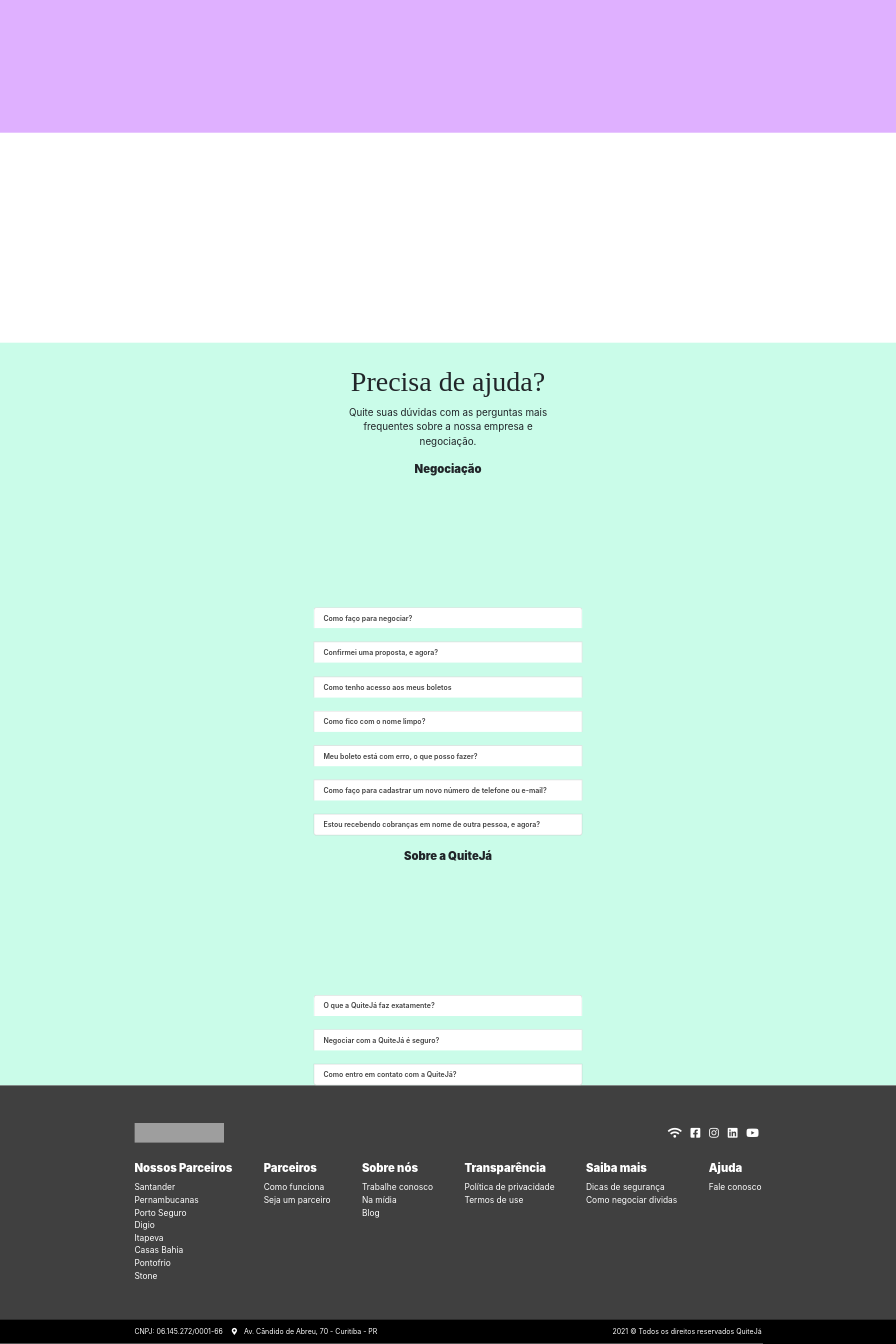
Repository: dasilvaoscar/estudos
Page: Layouts/index.html
The author's editor kept a copy of each file at every save. The page is drawn from the files as they stood at one save, then again after a run of saves.
The browser window is 1280 px wide. The pictures show the part of the page from y = 3191 to 5111 px (the page is 5111 px tall), at 70% of full size.
Pictures or frames that could not be fetched are drawn as grey boxes. Some web fonts or font styles are not loaded; a fallback is used.

Above is the page before, as saved 2021-01-29 12:59:51.

### Layouts/index.html
<!doctype html>
<html lang="pt-BR">

<head>
    <title>QuiteJá</title>
    <!-- Required meta tags -->
    <meta charset="utf-8">
    <meta name="viewport" content="width=device-width, initial-scale=1, shrink-to-fit=no">
    <meta http-equiv="X-UA-Compatible" content="ie=edge" />
    <link rel="preconnect" href="https://fonts.gstatic.com">
    <link href="https://fonts.googleapis.com/css2?family=Fredoka+One&display=swap" rel="stylesheet">

    <!-- Bootstrap CSS -->
    <link rel="shortcut icon" href="./assets/img/favicon.png" type="image/x-icon">
    <link href="./assets/css/normalize.css" rel="stylesheet" />
    <link href="./assets/css/reset.css" rel="stylesheet" />
    <link rel="stylesheet" href="https://stackpath.bootstrapcdn.com/bootstrap/4.3.1/css/bootstrap.min.css"
        integrity="sha384-ggOyR0iXCbMQv3Xipma34MD+dH/1fQ784/j6cY/iJTQUOhcWr7x9JvoRxT2MZw1T" crossorigin="anonymous">
    <link href="./assets/css/style.css" rel="stylesheet" />
</head>

<body>
    <section class="warning">
        <p class="warning-text">
            <span>Aviso: </span>Não realizamos nenhuma negociação por WhatsApp ou Facebook.
            Negociamos somente aqui no nosso site
            <a class="close-link">
                <i class="fas fa-times"></i>
            </a>
        </p>
    </section>
    <header>
        <figure>
            <img src="./assets/img/logo-quiteja.png" alt="Logo QuiteJá" title="Logo QuiteJá">
        </figure>
        <nav>
            <ul class="nav-bar-links">
                <li>
                    <a href="#">Home</a>
                </li>
                <li>
                    <a href="#">Sobre nós</a>
                </li>
                <li>
                    <a href="#">Parceiros
                        <i class="fas fa-angle-down menu-icons"></i>
                    </a>
                </li>
                <li>
                    <a href="#">Blog</a>
                </li>
                <li>
                    <a href="#">Saiba Mais
                        <i class="fas fa-angle-down menu-icons"></i>
                    </a>
                </li>
                <li>
                    <a href="#">Ajuda</a>
                </li>
                <li>
                    <a class="btn btn-primary btn-billet" href="#" role="button">Meus boletos</a>
                </li>
                <li>
                    <a href=""><i class="fa fa-search" aria-hidden="true"></i></a>
                </li>
            </ul>
        </nav>
    </header>
    <article>
        <section class="negotiate-your-debts"></section>
        <section class="clean-your-name"></section>
        <section class="partners"></section>
        <section class="how-we-do-it-differently"></section>
        <section class="help-a-millions"></section>
        <section class="our-clients"></section>
        <section class="help">
            <div class="help-content">
                <h1>Precisa de ajuda?</h1>
                <p>
                    Quite suas dúvidas com as perguntas mais
                    frequentes sobre a nossa empresa e negociação.
                </p>
            </div>
            <h6>Negociação</h6>
            <div class="accordion" id="accordionExample">
                <div class="card card-help">
                    <div id="headingOne">
                        <h2 class="mb-0">
                            <button class="btn btn-link btn-block text-left btn-help" type="button"
                                data-toggle="collapse" data-target="#collapseOne" aria-expanded="false"
                                aria-controls="collapseOne">
                                Como faço para negociar?
                            </button>
                        </h2>
                    </div>

                    <div id="collapseOne" class="collapse" aria-labelledby="headingOne" data-parent="#accordionExample">
                        <div class="card-body">
                            Some placeholder content for the first accordion panel. This panel is shown by default,
                            thanks to the <code>.show</code> class.
                        </div>
                    </div>
                </div>
                <div class="card card-help">
                    <div id="headingTwo">
                        <h2 class="mb-0">
                            <button class="btn btn-link btn-block text-left collapsed btn-help" type="button"
                                data-toggle="collapse" data-target="#collapseTwo" aria-expanded="false"
                                aria-controls="collapseTwo">
                                Confirmei uma proposta, e agora?
                            </button>
                        </h2>
                    </div>
                    <div id="collapseTwo" class="collapse" aria-labelledby="headingTwo" data-parent="#accordionExample">
                        <div class="card-body">

                        </div>
                    </div>
                </div>
                <div class="card card-help">
                    <div id="headingThree">
                        <h2 class="mb-0">
                            <button class="btn btn-link btn-block text-left collapsed btn-help" type="button"
                                data-toggle="collapse" data-target="#collapseThree" aria-expanded="false"
                                aria-controls="collapseThree">
                                Como tenho acesso aos meus boletos
                            </button>
                        </h2>
                    </div>
                    <div id="collapseThree" class="collapse" aria-labelledby="headingThree"
                        data-parent="#accordionExample">
                        <div class="card-body">
                            And lastly, the placeholder content for the third and final accordion panel. This panel
                            is hidden by default.
                        </div>
                    </div>
                </div>
                <div class="card card-help">
                    <div id="headingFour">
                        <h2 class="mb-0">
                            <button class="btn btn-link btn-block text-left collapsed btn-help" type="button"
                                data-toggle="collapse" data-target="#collapseFour" aria-expanded="false"
                                aria-controls="collapseFour">
                                Como fico com o nome limpo?
                            </button>
                        </h2>
                    </div>
                    <div id="collapseFour" class="collapse" aria-labelledby="headingFour"
                        data-parent="#accordionExample">
                        <div class="card-body">
                            And lastly, the placeholder content for the third and final accordion panel. This panel
                            is hidden by default.
                        </div>
                    </div>
                </div>
                <div class="card card-help">
                    <div id="headingFive">
                        <h2 class="mb-0">
                            <button class="btn btn-link btn-block text-left collapsed btn-help" type="button"
                                data-toggle="collapse" data-target="#collapseFive" aria-expanded="false"
                                aria-controls="collapseFive">
                                Meu boleto está com erro, o que posso fazer?
                            </button>
                        </h2>
                    </div>
                    <div id="collapseFive" class="collapse" aria-labelledby="headingFive"
                        data-parent="#accordionExample">
                        <div class="card-body">
                            And lastly, the placeholder content for the third and final accordion panel. This panel
                            is hidden by default.
                        </div>
                    </div>
                </div>
                <div class="card card-help">
                    <div id="headingSix">
                        <h2 class="mb-0">
                            <button class="btn btn-link btn-block text-left collapsed btn-help" type="button"
                                data-toggle="collapse" data-target="#collapseSix" aria-expanded="false"
                                aria-controls="collapseSix">
                                Como faço para cadastrar um novo número de telefone ou e-mail?
                            </button>
                        </h2>
                    </div>
                    <div id="collapseSix" class="collapse" aria-labelledby="headingSix" data-parent="#accordionExample">
                        <div class="card-body">
                            And lastly, the placeholder content for the third and final accordion panel. This panel
                            is hidden by default.
                        </div>
                    </div>
                </div>
                <div class="card card-help">
                    <div id="headingSeven">
                        <h2 class="mb-0">
                            <button class="btn btn-link btn-block text-left collapsed btn-help" type="button"
                                data-toggle="collapse" data-target="#collapseSeven" aria-expanded="false"
                                aria-controls="collapseSeven">
                                Estou recebendo cobranças em nome de outra pessoa, e agora?
                            </button>
                        </h2>
                    </div>
                    <div id="collapseSeven" class="collapse" aria-labelledby="headingSeven"
                        data-parent="#accordionExample">
                        <div class="card-body">
                            And lastly, the placeholder content for the third and final accordion panel. This panel
                            is hidden by default.
                        </div>
                    </div>
                </div>
            </div>

            <h6>Sobre a QuiteJá</h6>
            <div class="accordion" id="accordionExample">
                <div class="card card-help">
                    <div id="headingEight">
                        <h2 class="mb-0">
                            <button class="btn btn-link btn-block text-left btn-help" type="button"
                                data-toggle="collapse" data-target="#collapseEight" aria-expanded="false"
                                aria-controls="collapseEight">
                                O que a QuiteJá faz exatamente?
                            </button>
                        </h2>
                    </div>

                    <div id="collapseEight" class="collapse" aria-labelledby="headingEight"
                        data-parent="#accordionExample">
                        <div class="card-body">
                            Some placeholder content for the first accordion panel. This panel is shown by default,
                            thanks to the <code>.show</code> class.
                        </div>
                    </div>
                </div>
                <div class="card card-help">
                    <div id="headingNine">
                        <h2 class="mb-0">
                            <button class="btn btn-link btn-block text-left collapsed btn-help" type="button"
                                data-toggle="collapse" data-target="#collapseNine" aria-expanded="false"
                                aria-controls="collapseNine">
                                Negociar com a QuiteJá é seguro?
                            </button>
                        </h2>
                    </div>
                    <div id="collapseNine" class="collapse" aria-labelledby="headingNine"
                        data-parent="#accordionExample">
                        <div class="card-body">
                            Some placeholder content for the second accordion panel. This panel is hidden by
                            default.
                        </div>
                    </div>
                </div>
                <div class="card card-help">
                    <div id="headingTen">
                        <h2 class="mb-0">
                            <button class="btn btn-link btn-block text-left collapsed btn-help" type="button"
                                data-toggle="collapse" data-target="#collapseTen" aria-expanded="false"
                                aria-controls="collapseTen">
                                Como entro em contato com a QuiteJá?
                            </button>
                        </h2>
                    </div>
                    <div id="collapseTen" class="collapse" aria-labelledby="headingTen" data-parent="#accordionExample">
                        <div class="card-body">
                            And lastly, the placeholder content for the third and final accordion panel. This panel
                            is hidden by default.
                        </div>
                    </div>
                </div>
            </div>
        </section>
    </article>
    <footer>
        <div class="big-footer">
            <div class="big-footer-content">
                <section class="social">
                    <figure class="logo-footer">
                        <img src="./assets/img/footer-logo.png" alt="">
                    </figure>
                    <div class="social-icons">
                        <i class="fas fa-wifi" aria-hidden="true"></i>
                        <i class="fab fa-facebook-square" aria-hidden="true"></i>
                        <i class="fab fa-instagram" aria-hidden="true"></i>
                        <i class="fab fa-linkedin" aria-hidden="true"></i>
                        <i class="fab fa-youtube" aria-hidden="true"></i>
                    </div>
                </section>
                <section class="footer-links">
                    <div class="footer-links-subtitle">
                        <h6>Nossos Parceiros</h6>
                        <a href="#">Santander</a>
                        <a href="#">Pernambucanas</a>
                        <a href="#">Porto Seguro</a>
                        <a href="#">Digio</a>
                        <a href="#">Itapeva</a>
                        <a href="#">Casas Bahia</a>
                        <a href="#">Pontofrio</a>
                        <a href="#">Stone</a>
                    </div>
                    <div class="footer-links-subtitle">
                        <h6>Parceiros</h6>
                        <a href="#">Como funciona</a>
                        <a href="#">Seja um parceiro</a>
                    </div>
                    <div class="footer-links-subtitle">
                        <h6>Sobre nós</h6>
                        <a href="#">Trabalhe conosco</a>
                        <a href="#">Na mídia</a>
                        <a href="#">Blog</a>
                    </div>
                    <div class="footer-links-subtitle">
                        <h6>Transparência</h6>
                        <a href="#">Política de privacidade</a>
                        <a href="#">Termos de use</a>
                    </div>
                    <div class="footer-links-subtitle">
                        <h6>Saiba mais</h6>
                        <a href="#">Dicas de segurança</a>
                        <a href="#">Como negociar dividas</a>
                    </div>
                    <div class="footer-links-subtitle">
                        <h6>Ajuda</h6>
                        <a href="#">Fale conosco</a>
                    </div>
                </section>
            </div>
        </div>
        <div class="little-footer">
            <div class="little-footer-content">
                <section class="information">
                    <p>CNPJ: 06.145.272/0001-66
                        <i class="fas fa-map-marker-alt footer-icons"></i>Av. Cândido de Abreu, 70 - Curitiba - PR
                    </p>
                </section>
                <section class="copyrights">
                    <p>2021 &copy Todos os direitos reservados QuiteJá</p>
                </section>
            </div>
        </div>
    </footer>

    <!-- Optional JavaScript -->
    <!-- jQuery first, then Popper.js, then Bootstrap JS -->
    <link rel="stylesheet" href="https://cdnjs.cloudflare.com/ajax/libs/font-awesome/5.15.2/css/all.min.css"
        integrity="sha512-HK5fgLBL+xu6dm/Ii3z4xhlSUyZgTT9tuc/hSrtw6uzJOvgRr2a9jyxxT1ely+B+xFAmJKVSTbpM/CuL7qxO8w=="
        crossorigin="anonymous" />
    <script src="https://code.jquery.com/jquery-3.3.1.slim.min.js"
        integrity="sha384-q8i/X+965DzO0rT7abK41JStQIAqVgRVzpbzo5smXKp4YfRvH+8abtTE1Pi6jizo" crossorigin="anonymous">
    </script>
    <script src="https://cdnjs.cloudflare.com/ajax/libs/popper.js/1.14.7/umd/popper.min.js"
        integrity="sha384-UO2eT0CpHqdSJQ6hJty5KVphtPhzWj9WO1clHTMGa3JDZwrnQq4sF86dIHNDz0W1" crossorigin="anonymous">
    </script>
    <script src="https://stackpath.bootstrapcdn.com/bootstrap/4.3.1/js/bootstrap.min.js"
        integrity="sha384-JjSmVgyd0p3pXB1rRibZUAYoIIy6OrQ6VrjIEaFf/nJGzIxFDsf4x0xIM+B07jRM" crossorigin="anonymous">
    </script>
</body>

</html>

### Layouts/assets/css/style.css
/* RESET BOOTSTRAP */
p {
  display: block;
  margin-block-start: 0em;
  margin-block-end: 0em;
  margin-inline-start: 0px;
  margin-inline-end: 0px;
}

a {
  color: black;
}

li {
  list-style-type: none
}

figure {
  display: block;
  margin-block-start: 0em;
  margin-block-end: 0em;
  margin-inline-start: 0px;
  margin-inline-end: 0px;
}

ul {
  margin-block-start: 0em;
  margin-block-end: 0em;
  margin-inline-start: 0px;
  margin-inline-end: 0px;
  padding-inline-start: 0px;
}

/* New Style */

header {
  display: flex;
  align-items: center;
  justify-content: space-around;
  height: 81px;
}

header img {
  width: 154px;
  height: 70px;
}

section.warning {
  display: flex;
  justify-content: space-around;
  align-items: center;
  background-color: #00E58D;
  width: 100%;
  height: 40px;
}

p.warning-text span {
  font-size: 12px;
  font-style: normal;
  font-weight: 700;
  line-height: 15px;
  letter-spacing: 0em;
  text-align: center;
}

p.warning-text {
  font-size: 12px;
  font-style: normal;
  font-weight: 500;
  line-height: 15px;
  letter-spacing: 0em;
  text-align: center;
}

ul.nav-bar-links {
  display: flex;
  justify-content: space-between;
  align-items: center;
  font-style: normal;
  font-size: 14px;
}

ul.nav-bar-links li a {
  text-decoration: none !important;
  margin-left: 25px;
  color: black;
}

a.close-link {
  margin-left: 10px;
  cursor: pointer;
}

ul.nav-bar-links li:last-child {
  margin-left: 30px;
}

.menu-icons {
  margin-left: 5px;
}

.footer-icons {
  margin: auto 10px auto 10px;
}


.btn-billet {
  width: 100%;
  background: #A9E4EB;
  border: none;
  font-size: 14px;
  font-weight: 800;
  padding: 13px;
  border-radius: 10px;
  box-shadow: 0px 1px 2px rgba(0, 0, 0, 0.25);
}

.negotiate-your-debts {
  background-color: #CAFCE9;
  height: 700px;
}

.clean-your-name {
  height: 300px;
}

.partners {
  background-color: #F5F5F5;
  height: 658px;
}

.how-we-do-it-differently {
  background-color: #CAFCE9;
  height: 911px;
}

.help-a-millions {
  background-color: #DFB0FF;
  height: 691px;
}

.our-clients {
  height: 300px;
}

.social {
  display: flex;
  align-items: center;
  justify-content: space-between;
  width: 100%;
  margin-bottom: 3%;
}

.social-icons {
  letter-spacing: 4px;
}

.big-footer {
  background-color: #404040;
  height: 334px;
  color: white;
  display: flex;
  align-items: center;
  justify-content: space-around;
  flex-direction: column;
}

.little-footer {
  background-color: #000000;
  height: 35px;
  display: flex;
  align-items: center;
  color: white;
  justify-content: center;
  font-size: 10px;
}

.logo-footer img {
  width: 128px;
  height: 29px;
}

.footer-links {
  display: flex;
  width: 100%;
  display: flex;
  justify-content: space-between;
}

.footer-links-subtitle {
  display: flex;
  flex-direction: column;
}

.footer-links-subtitle a {
  color: white;
  text-decoration: none;
  font-size: 12px;
}

.footer-links-subtitle a:hover {
  color: rgb(12, 118, 179);
  text-decoration: none;
  font-size: 12px;
}

.footer-links-subtitle h6 {
  font-weight: 900;
}

.big-footer-content {
  width: 70%;
}

.little-footer-content {
  width: 70%;
  display: flex;
  justify-content: space-between;
  align-items: center;
}

.help {
  background-color: #CAFCE9;
  height: 1061px;
  display: flex;
  flex-direction: column;
  align-items: center;
  text-align: center;
}

.help-content {
  width: 25%;
  flex-wrap: wrap;
}

.help-content p {
  font-size: 14px;
}

.help h1 {
  font-size: 40px;
  margin-top: 10%;
  font-family: 'Fredoka One', cursive;
}

.help h6 {
  font-weight: 900;
  margin: 20px auto auto auto;
}

.accordion {
  width: 30%;
}

.card-help {
  margin-top: 5%;
}

.btn-help {
  color: #404040;
  font-weight: 600;
  font-size: 10px;
}

.btn-help:hover {
  text-decoration: none;
}

Loaded but not shown: Layouts/assets/css/normalize.css (library); Layouts/assets/css/reset.css (common file)

After the next 2 saves:
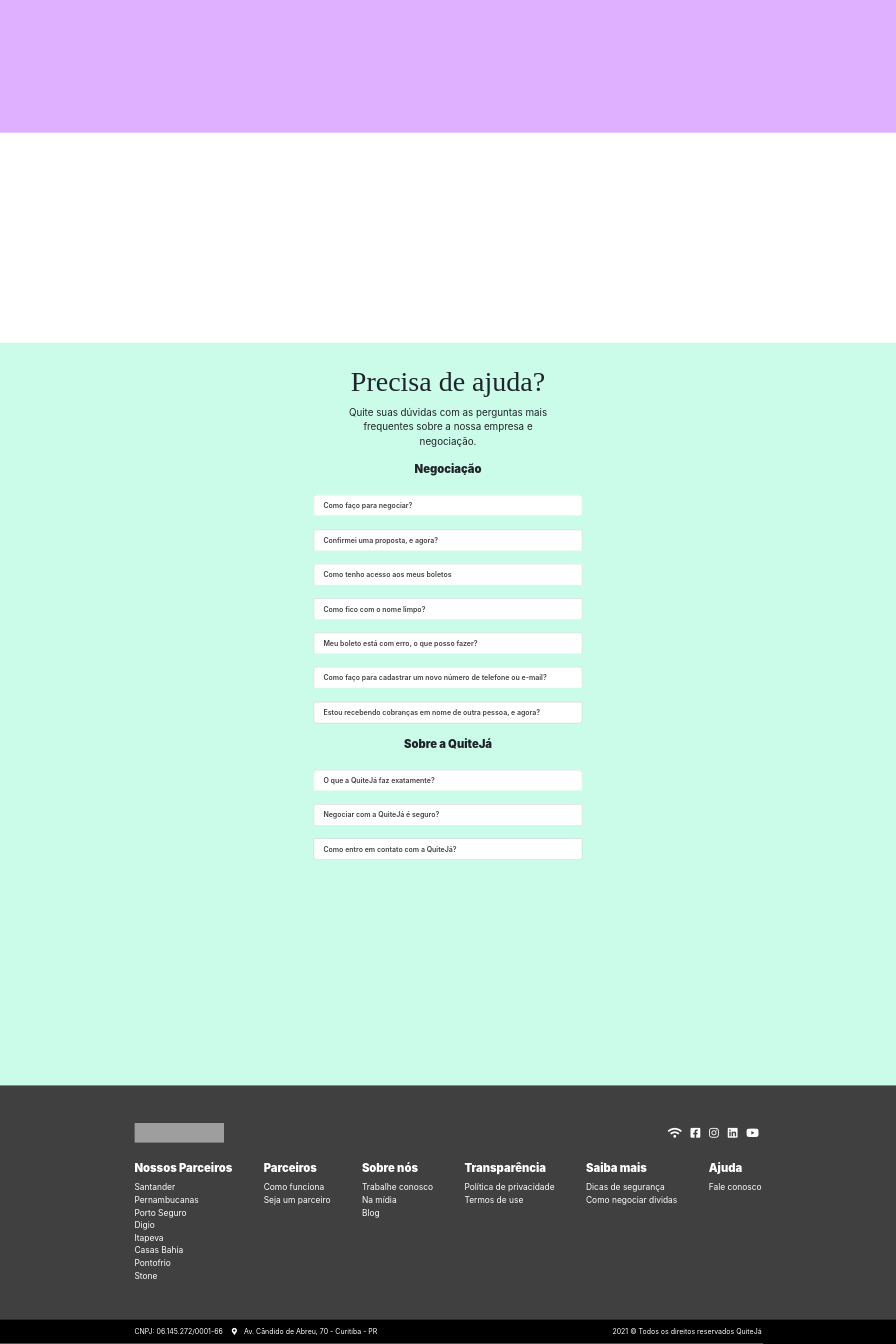
The 2 saves are shown as one change because they came seconds apart.
The last was saved 10 s later.
--- a/Layouts/assets/css/style.css
+++ b/Layouts/assets/css/style.css
@@ -245,7 +245,7 @@ ul.nav-bar-links li:last-child {
 
 .help h6 {
   font-weight: 900;
-  margin: 20px auto auto auto;
+  margin-top: 20px;
 }
 
 .accordion {
